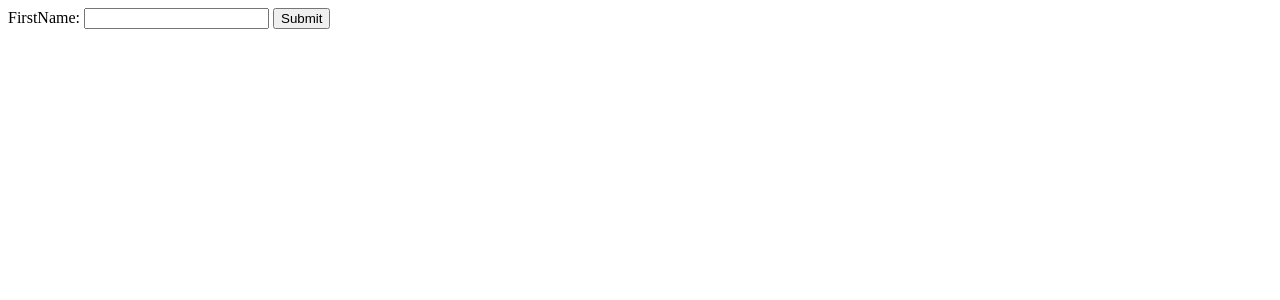
Repository: Tharungandhi/ServeltProject
Page: LginRegistrationApp/WebContent/index.html
The author's editor kept a copy of each file at every save. The page is drawn from the files as they stood at one save, then again after the next save.
The browser window is 1280 px wide. The pictures show the whole page.

Above is the page before, as saved 2019-01-22 06:35:17.

### LginRegistrationApp/WebContent/index.html
<!DOCTYPE html>
<html>
<head>
<meta charset="UTF-8">
<title>Insert title here</title>
</head>
<body>
<form action="login" method="post">
<label>FirstName:</label>
<input text="text" name="firstname" input="" required/>
<input type="submit" name="Submit"/>
</form>
</body>
</html>

After the next save:
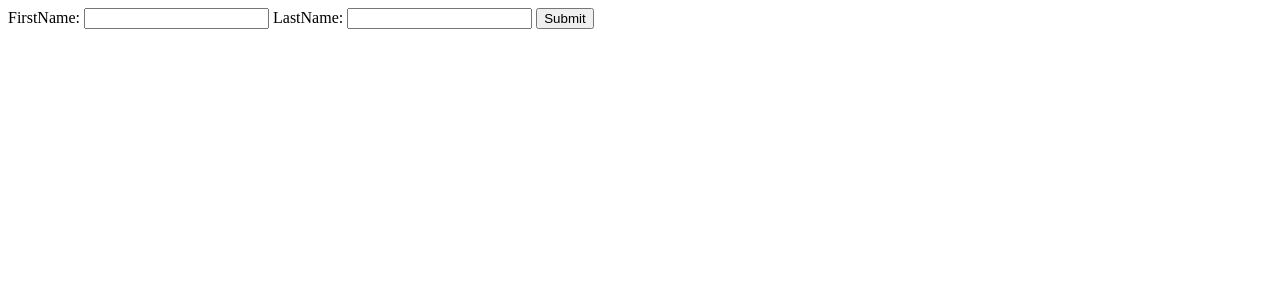
Saved 52 s later.
--- a/LginRegistrationApp/WebContent/index.html
+++ b/LginRegistrationApp/WebContent/index.html
@@ -8,6 +8,8 @@
 <form action="login" method="post">
 <label>FirstName:</label>
 <input text="text" name="firstname" input="" required/>
+<label>LastName:</label>
+<input text="text" name="firstname" input="" required/>
 <input type="submit" name="Submit"/>
 </form>
 </body>
